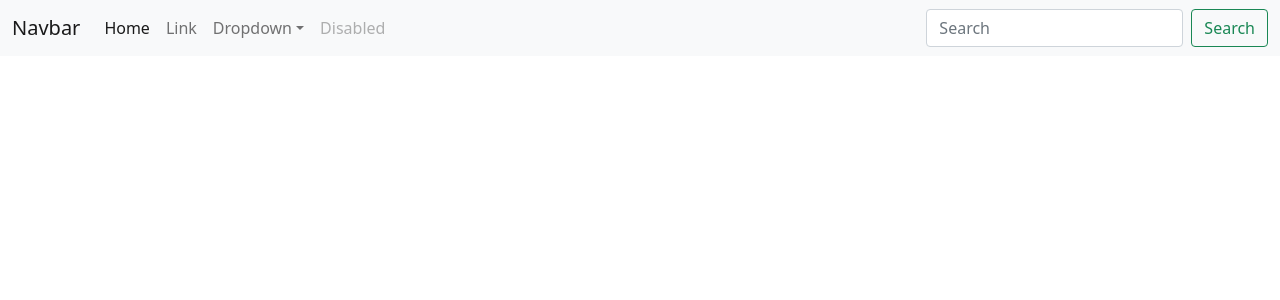
Repository: R-cpu-jpg/Newsapp.github.io
Page: /
The author's editor kept a copy of each file at every save. The page is drawn from the files as they stood at one save, then again after the next save.
The browser window is 1280 px wide. The pictures show the whole page.
The project was rebuilt for these pictures with package versions that can differ from the ones it lists, and the page was loaded fresh each time. Also part of the build but not shown: src/index.css, src/App.css.

Above is the page before, as saved 2023-01-18 10:55:08.

After the next save:
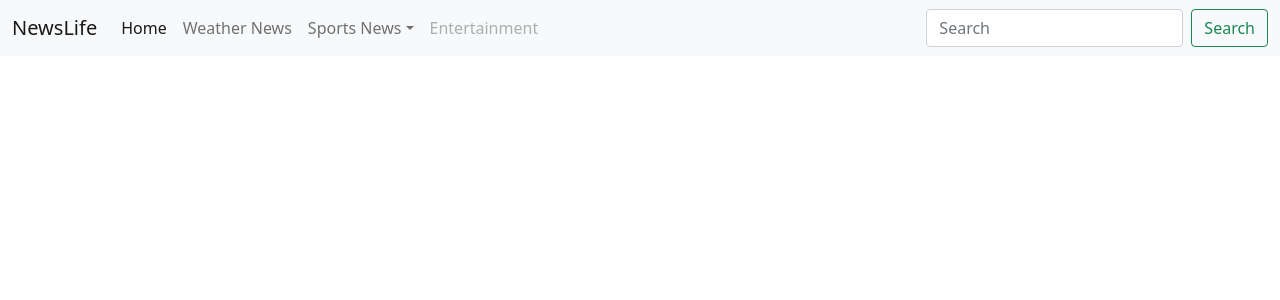
Saved 7 min 23 s later.
--- a/src/Components/Navbar.js
+++ b/src/Components/Navbar.js
@@ -7,7 +7,7 @@
       <div>
         <nav className="navbar navbar-expand-lg navbar-light bg-light">
             <div className="container-fluid">
-                <a className="navbar-brand" href="#">Navbar</a>
+                <a className="navbar-brand" href="#">NewsLife</a>
                 <button className="navbar-toggler" type="button" data-bs-toggle="collapse" data-bs-target="#navbarSupportedContent" aria-controls="navbarSupportedContent" aria-expanded="false" aria-label="Toggle navigation">
                 <span className="navbar-toggler-icon"></span>
                 </button>
@@ -17,21 +17,24 @@
                     <a className="nav-link active" aria-current="page" href="#">Home</a>
                     </li>
                     <li className="nav-item">
-                    <a className="nav-link" href="#">Link</a>
+                    <a className="nav-link" href="#">Weather News</a>
                     </li>
                     <li className="nav-item dropdown">
                     <a className="nav-link dropdown-toggle" href="#" id="navbarDropdown" role="button" data-bs-toggle="dropdown" aria-expanded="false">
-                        Dropdown
+                        Sports News
                     </a>
                     <ul className="dropdown-menu" aria-labelledby="navbarDropdown">
-                        <li><a className="dropdown-item" href="#">Action</a></li>
-                        <li><a className="dropdown-item" href="#">Another action</a></li>
+                        <li><a className="dropdown-item" href="#">Basketball</a></li>
+                        <li><a className="dropdown-item" href="#">Football</a></li>
+                        <li><a className="dropdown-item" href="#">Hockey</a></li>
+                        <li><a className="dropdown-item" href="#">Badminton</a></li>
+                        <li><a className="dropdown-item" href="#">judo</a></li>
                         <li><hr className="dropdown-divider"/></li>
-                        <li><a className="dropdown-item" href="#">Something else here</a></li>
+                        <li><a className="dropdown-item" href="#">More....</a></li>
                     </ul>
                     </li>
                     <li className="nav-item">
-                    <a className="nav-link disabled" href="#" tabIndex="-1" aria-disabled="true">Disabled</a>
+                    <a className="nav-link disabled" href="#" tabIndex="-1" aria-disabled="true">Entertainment</a>
                     </li>
                 </ul>
                 <form className="d-flex">
